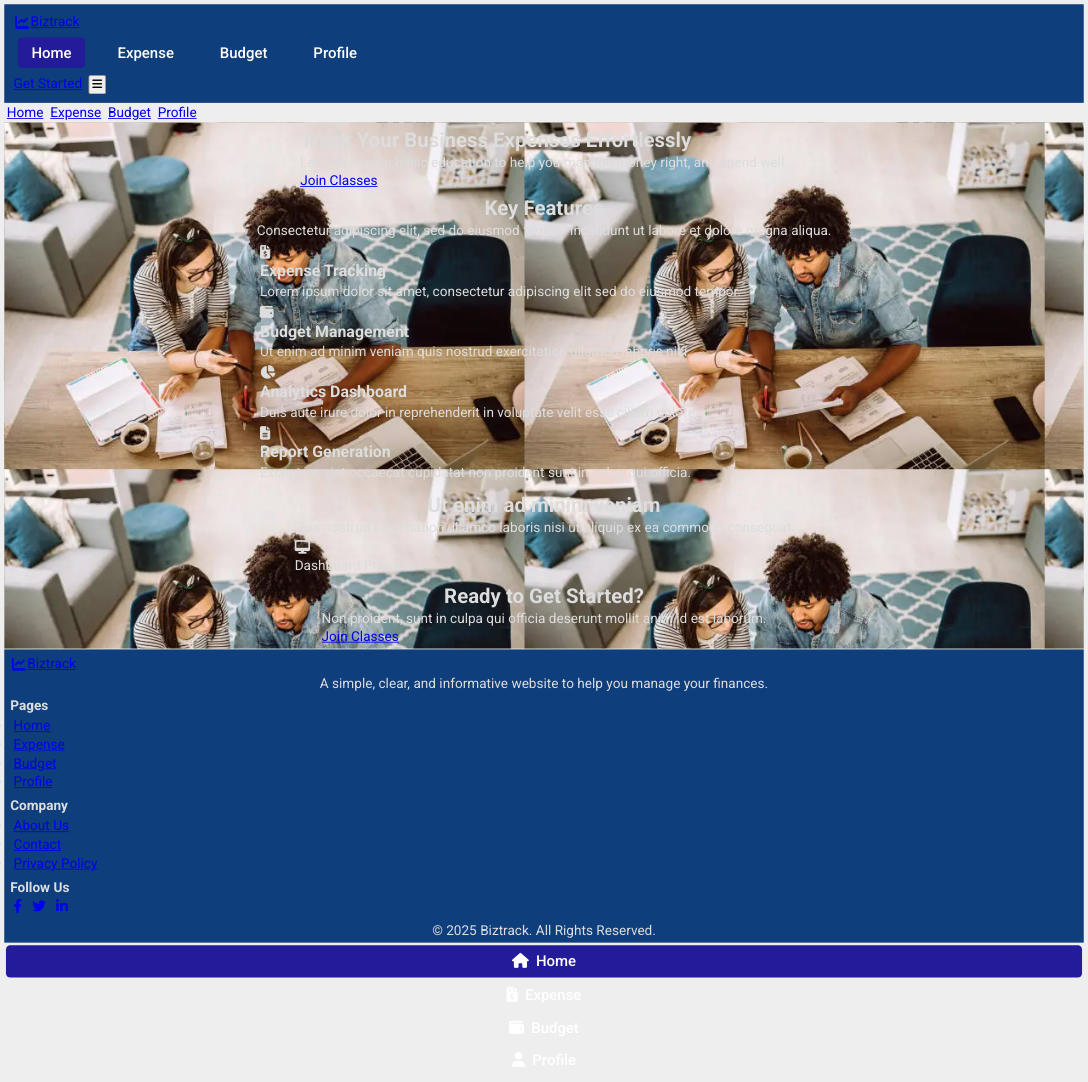
Repository: JoyUdoh106/wdd131
Page: project/index.html
An editor plug-in stored every save of this project. The page is shown before and after the next save, followed by the edit.
The browser window is 1280 px wide. The pictures show the whole page, at 85% of full size.

Above is the page before, as saved 2025-08-10 18:48:04.
Console error: TypeError: Cannot set properties of null (setting 'textContent')

After the next save:
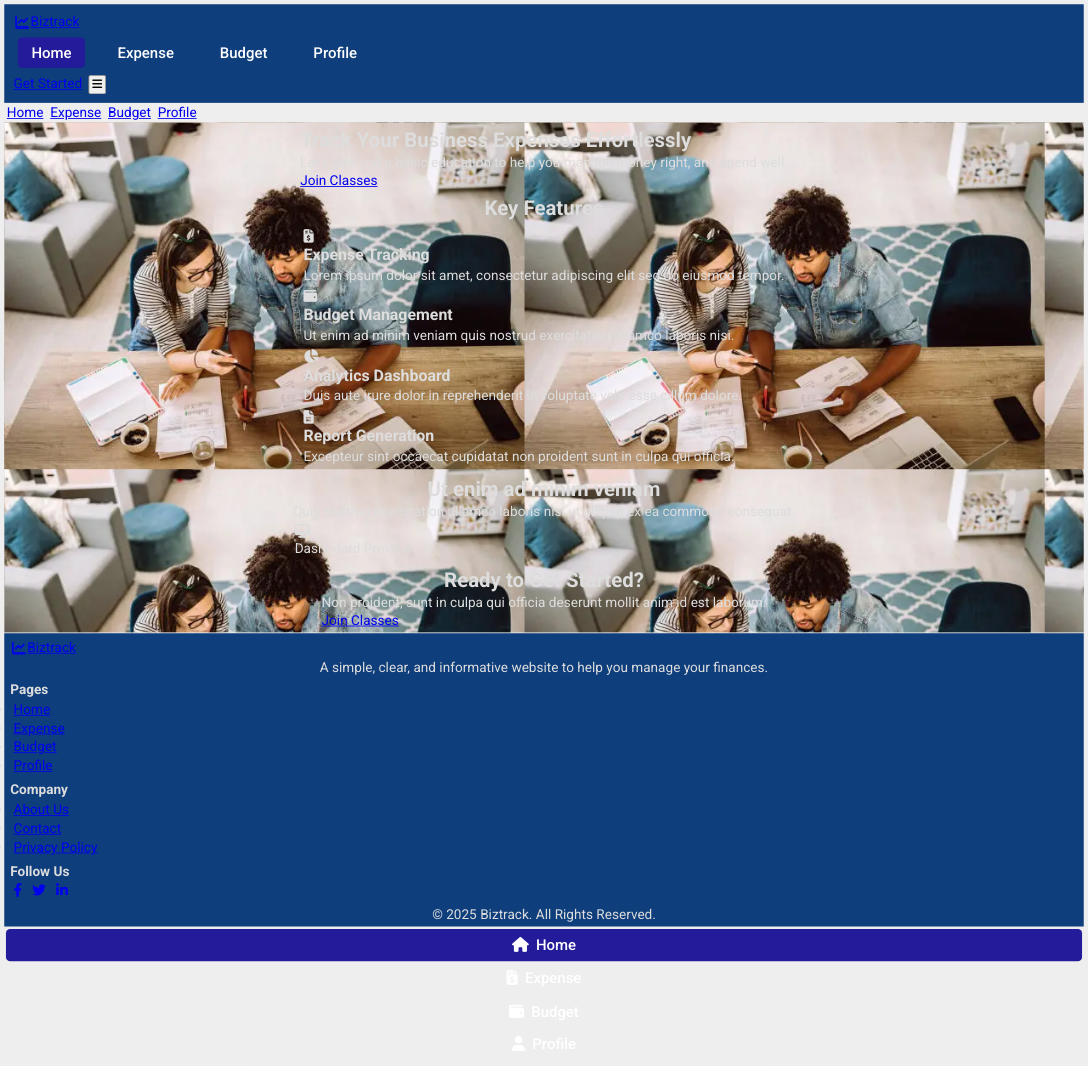
Saved 13 s later.
--- a/project/index.html
+++ b/project/index.html
@@ -54,7 +54,7 @@
         <section class="features-section">
             <div class="container">
                 <h2>Key Features</h2>
-                <p>Consectetur adipiscing elit, sed do eiusmod tempor incididunt ut labore et dolore magna aliqua.</p>
+                <p></p>
                 <div class="features-grid">
                     <div class="feature-card reveal">
                         <i class="fas fa-file-invoice-dollar icon"></i>
